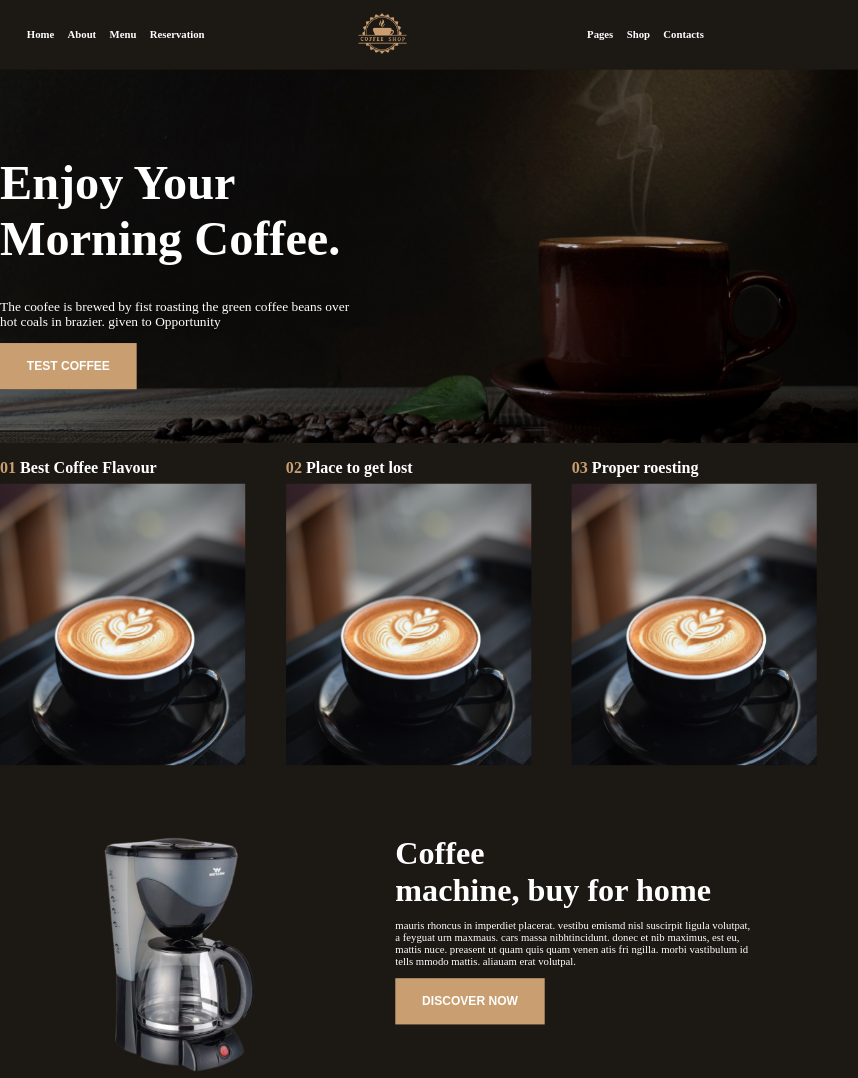
Repository: SitoraRashidova/CoffeShop_Figma
Page: /
The author's editor kept a copy of each file at every save. The page is drawn from the files as they stood at one save, then again after the next save.
The browser window is 1280 px wide. The pictures show the whole page, at 67% of full size.
The project was rebuilt for these pictures with package versions that can differ from the ones it lists, and the page was loaded fresh each time. Also part of the build but not shown: vite.config.js.

Above is the page before, as saved 2024-11-25 00:03:01.

### src/index.css
/* :root {
  font-family: Inter, system-ui, Avenir, Helvetica, Arial, sans-serif;
  line-height: 1.5;
  font-weight: 400;

  color-scheme: light dark;
  color: rgba(255, 255, 255, 0.87);
  background-color: #242424;

  font-synthesis: none;
  text-rendering: optimizeLegibility;
  -webkit-font-smoothing: antialiased;
  -moz-osx-font-smoothing: grayscale;
} */

body{
  margin: 0;
  background-color: #1C1814;
}

*{
  box-sizing: border-box;
}


.container {
  width: 100%;
  max-width: 1296px;
  margin: 0 auto;
}

/* Header uchun style */

.header{
  background-color: #1C1814;
  padding: 20px 0;
}

.header-wrapper{
  display: flex;
  align-items: center;
  justify-content: space-between;
}

.nav-list{
  display: flex;
  align-items: center;
  justify-content: space-between;
  gap: 20px;
}

.nav-list__item{
  list-style: none;
}

.nav-list__item-link{
  color: white;
  text-decoration: none;
  font-weight: 600;
}

/* Hero uchun style */

.hero{
  width: 100%;
  height: auto;
  background-image: url('./assets/hero-logo.png');
  background-size: cover;
  background-repeat: no-repeat;
}

.hero-content{
  width: 100%;
  max-width: 529px;
  padding: 80px 0;
}

.hero-content__title{
  font-size: 72px;
  color: #fff;
}

.hero-content__desc{
  font-size: 20px;
  color: #fff;
}

.hero-btn{
  padding: 24px 40px;
  font-weight: 700;
  font-size: 18px;
  border: none;
  background-color: #C99E71;
  color: #fff;
}

/* type Coffee uchun style */

.type-coffee{
  display: grid;
  grid-template-columns: 1fr 1fr 1fr;
  margin-bottom: 100px;
}

.type-coffee__title{
   font-size: 24px;
   margin-bottom: 10px;
   color: #fff;
}

.type-coffee__title b{
  color: #C99E71;
}

.type-coffee_image{
  width: 366px;
  height: 420px;
}


/* DISCOWER */

.discower-wrapper{
  display: flex;
  justify-content: space-between;
  gap: 80px;
  width: 100%;
  max-width: 970px;
  margin: 0 auto;
}

.discower-wrapper h3{
  margin: 0 0 10px 0;
  font-size: 48px;
  color: white;
}

.discower-wrapper p{
  font-size: 16px;
  color: white;
}

.discover-card{
  width: 100%;
  max-width: 535px;
}

### src/App.jsx
import "./App.css";
import DiscowerCoffee from "./components/discower-coffee";
import Header from "./components/header";
import Hero from "./components/hero";
import TypeCofee from "./components/type-coffee";

function App() {
  return (
    <>
      <Header />
      <Hero />
      <TypeCofee />
      <DiscowerCoffee/>
    </>
  );
}

export default App;

### src/App.css
*{
  box-sizing: border-box;
}

/* Header uchun style */

.container {
  width: 100%;
  max-width: 1296px;
  margin: 0 auto;
}

### src/components/discower-coffee.tsx
import React from "react";
import BlenderImage from '../assets/blender.png'

const DiscowerCoffee = () => {
  return (
    <div className="container">
      <div className="discower-wrapper">
        <div>
          <img src={BlenderImage} alt="Coffee machine, buy for home" />
        </div>
        <div className="discover-card">
          <h3>Coffee <br /> machine, buy for home</h3>
          <p>
            mauris rhoncus in imperdiet placerat. vestibu emismd nisl suscirpit
            ligula volutpat, a feyguat urn maxmaus. cars massa nibhtincidunt.
            donec et nib maximus, est eu, mattis nuce. preasent ut quam quis
            quam venen atis fri ngilla. morbi vastibulum id tells mmodo mattis.
            aliauam erat volutpal.
          </p>
          <button className="hero-btn">DISCOVER NOW</button>
        </div>
      </div>
    </div>
  );
};

export default DiscowerCoffee;

### src/components/header.jsx
import Logo from "../assets/Logo.png";
import SearchLogo from '../assets/search-logo.png'

const Header = () => {
  return (
    <header className="header">
      <div className="container">
        <div className="header-wrapper">
          <nav>
            <ul className="nav-list">
              <li className="nav-list__item">
                <a className="nav-list__item-link" href="/home">
                  Home
                </a>
              </li>
              <li className="nav-list__item">
                <a className="nav-list__item-link" href="/about">
                  About
                </a>
              </li>
              <li className="nav-list__item">
                <a className="nav-list__item-link" href="/menu">
                  Menu
                </a>
              </li>
              <li className="nav-list__item">
                <a className="nav-list__item-link" href="/Reservation">
                  Reservation
                </a>
              </li>
            </ul>
          </nav>
          <div>
            <img src={Logo} alt="web site logo" />
          </div>
          <nav>
            <ul className="nav-list">
              <li className="nav-list__item">
                <a className="nav-list__item-link" href="/home">
                  Pages
                </a>
              </li>
              <li className="nav-list__item">
                <a className="nav-list__item-link" href="/about">
                  Shop
                </a>
              </li>
              <li className="nav-list__item">
                <a className="nav-list__item-link" href="/menu">
                  Contacts
                </a>
              </li>
            </ul>
          </nav>
          <div>
            <img src="" alt="" />
          </div>
        </div>
      </div>
    </header>
  );
};

export default Header;

### src/components/hero.jsx


const Hero = () => {
  return (
    <div className="hero">
        <div className="container">
           <div className="hero-content">
            <h1 className="hero-content__title">Enjoy Your
            Morning Coffee.</h1>
            <p className="hero-content__desc">The coofee is brewed by fist roasting the green coffee beans over hot coals in brazier. given to Opportunity</p>
            <button className="hero-btn">TEST COFFEE</button>
           </div>
        </div>
    </div>
  )
}

export default Hero

### src/components/type-coffee.jsx
import CoffeeImage from '../assets/coffee-one.png'


const TypeCofee = () => {
  return (
    <div className="container">
        <div className="type-coffee">
            <div>
                <h3 className='type-coffee__title'><b className=''>01</b> Best Coffee Flavour</h3>
                <img className='type-coffee_image' src={CoffeeImage} alt="Best Coffee Flavour" />
            </div>
            <div>
                <h3 className='type-coffee__title'><b className=''>02</b> Place to get lost</h3>
                <img className='type-coffee_image' src={CoffeeImage} alt="Best Coffee Flavour" />
            </div>
            <div>
                <h3 className='type-coffee__title'><b className=''>03</b> Proper roesting</h3>
                <img className='type-coffee_image' src={CoffeeImage} alt="Best Coffee Flavour" />
            </div>
        </div>
    </div>
  )
}

export default TypeCofee

Loaded but not shown: index.html (common file); src/main.jsx (common file)

After the next save:
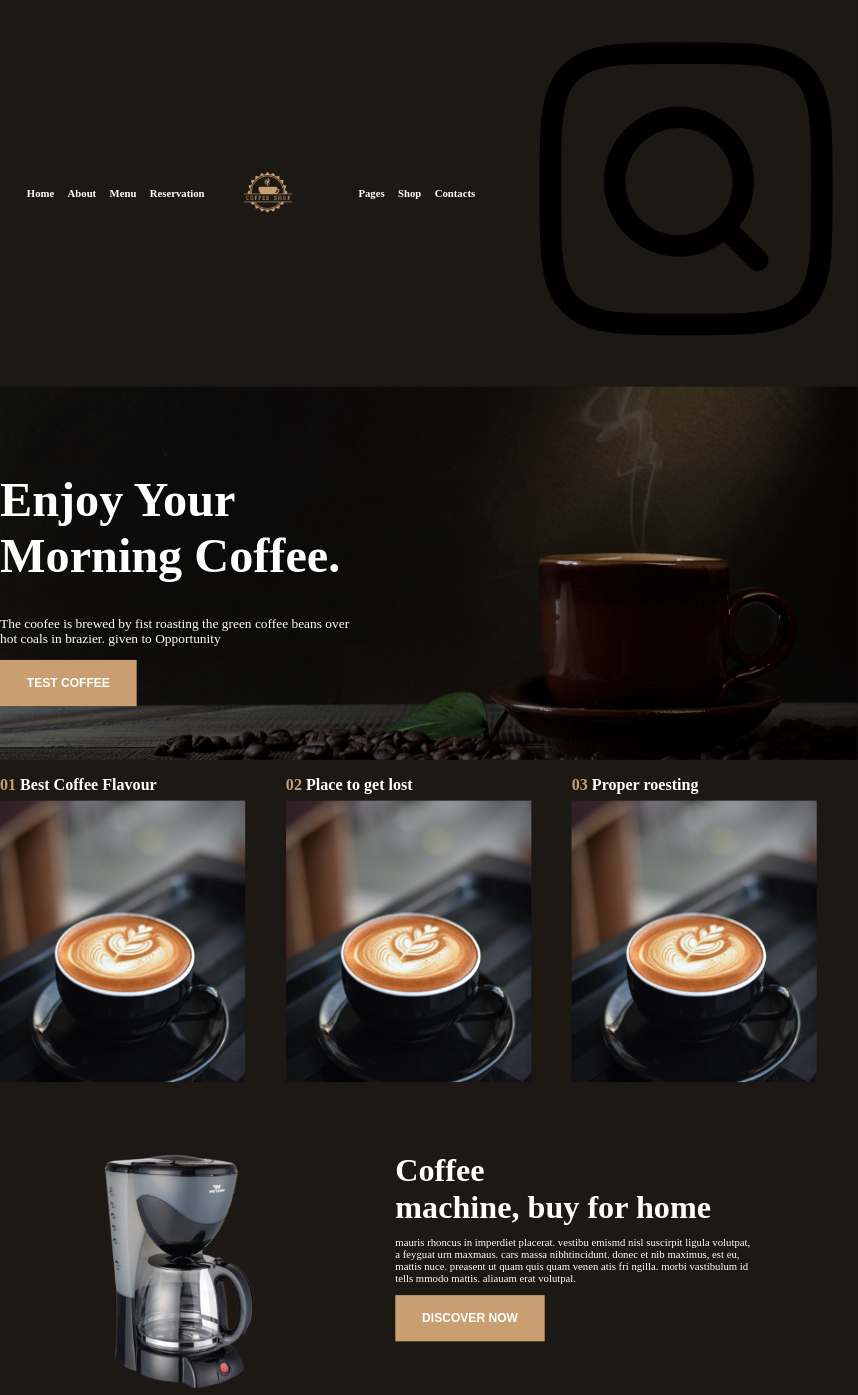
Saved 4 s later.
--- a/src/components/header.jsx
+++ b/src/components/header.jsx
@@ -53,7 +53,7 @@ const Header = () => {
             </ul>
           </nav>
           <div>
-            <img src="" alt="" />
+            <img src={SearchLogo} alt="" />
           </div>
         </div>
       </div>
